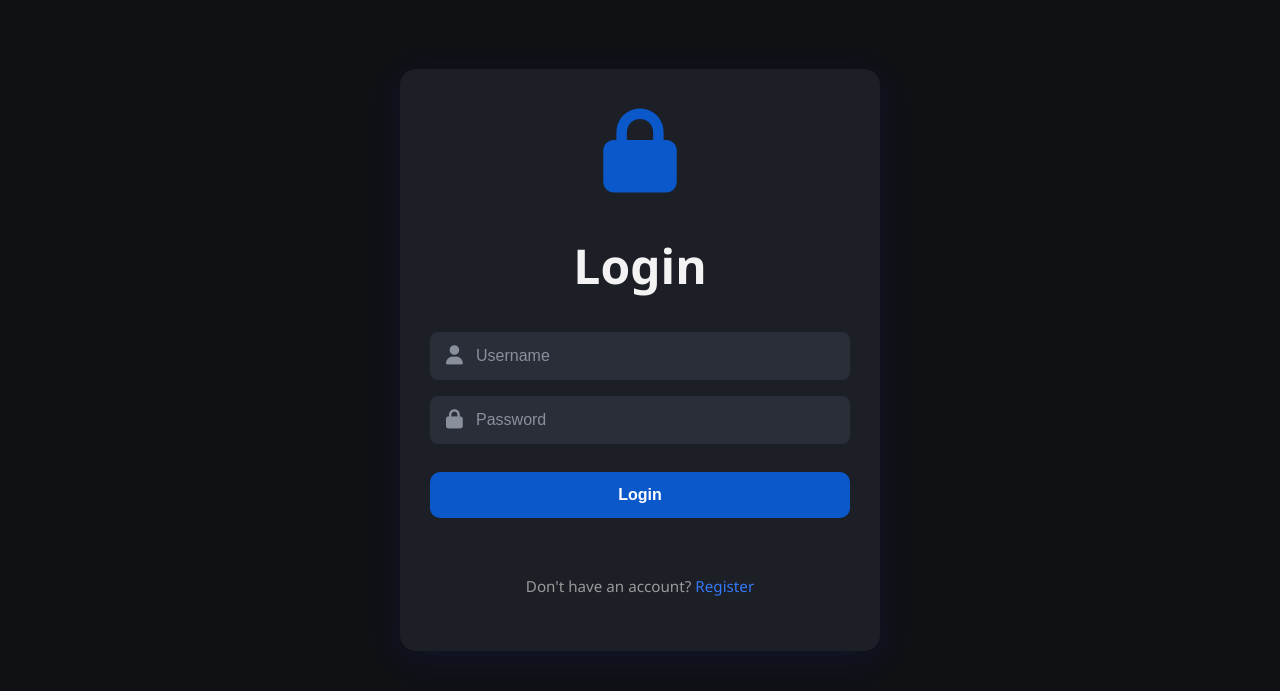
Repository: lowluds/auth-flask
Page: http://localhost/login
These files come from the project's save history. The page is drawn as it stood at one moment and after the next save; the edit follows.
The browser window is 1280 px wide. The pictures show the whole page.
The page is served by the project's application, run on Flask 3 (login.py).

Above is the page before, as saved 2025-07-11 00:04:56.

After the next save:
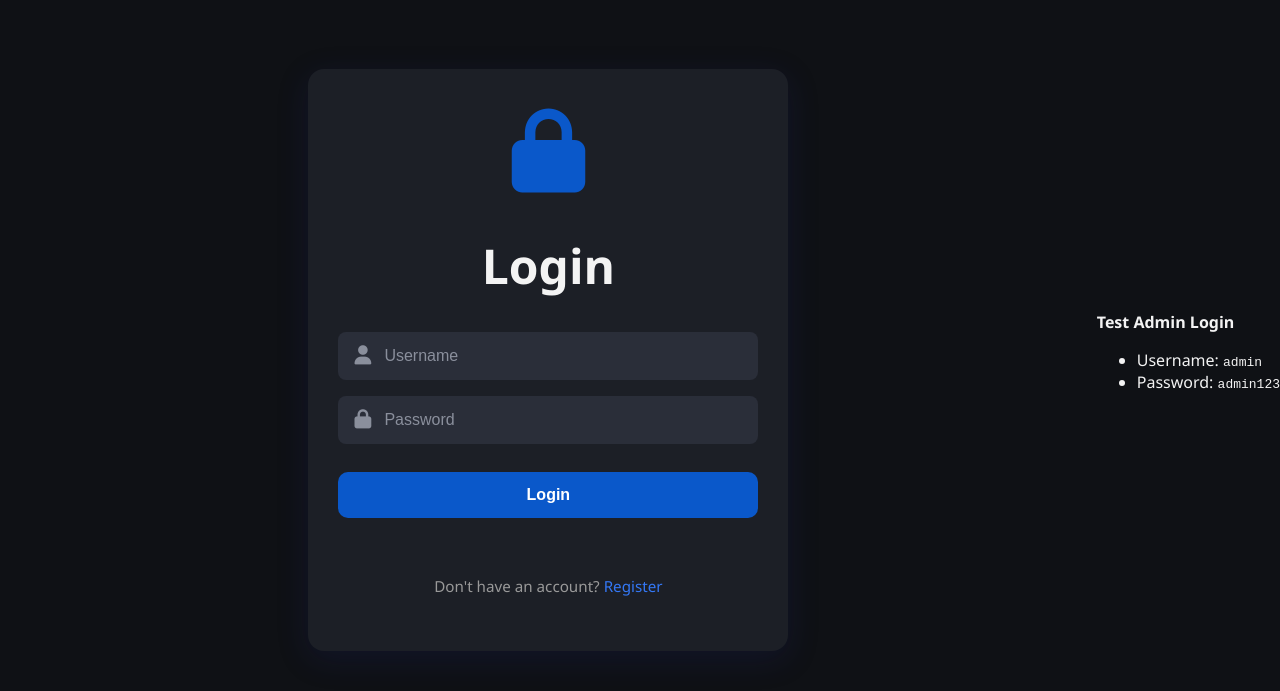
Saved 19 s later.
--- a/templates/login.html
+++ b/templates/login.html
@@ -44,5 +44,15 @@
         </form>
         <p>Don't have an account? <a href="/register">Register</a></p>
     </div>
+
+    <!-- Admin Info Sticky Node -->
+    <div class="admin-sticky-info">
+        <strong>Test Admin Login</strong>
+        <ul>
+            <li>Username: <code>admin</code></li>
+            <li>Password: <code>admin123</code></li>
+        </ul>
+    </div>
+
 </body>
 </html>
